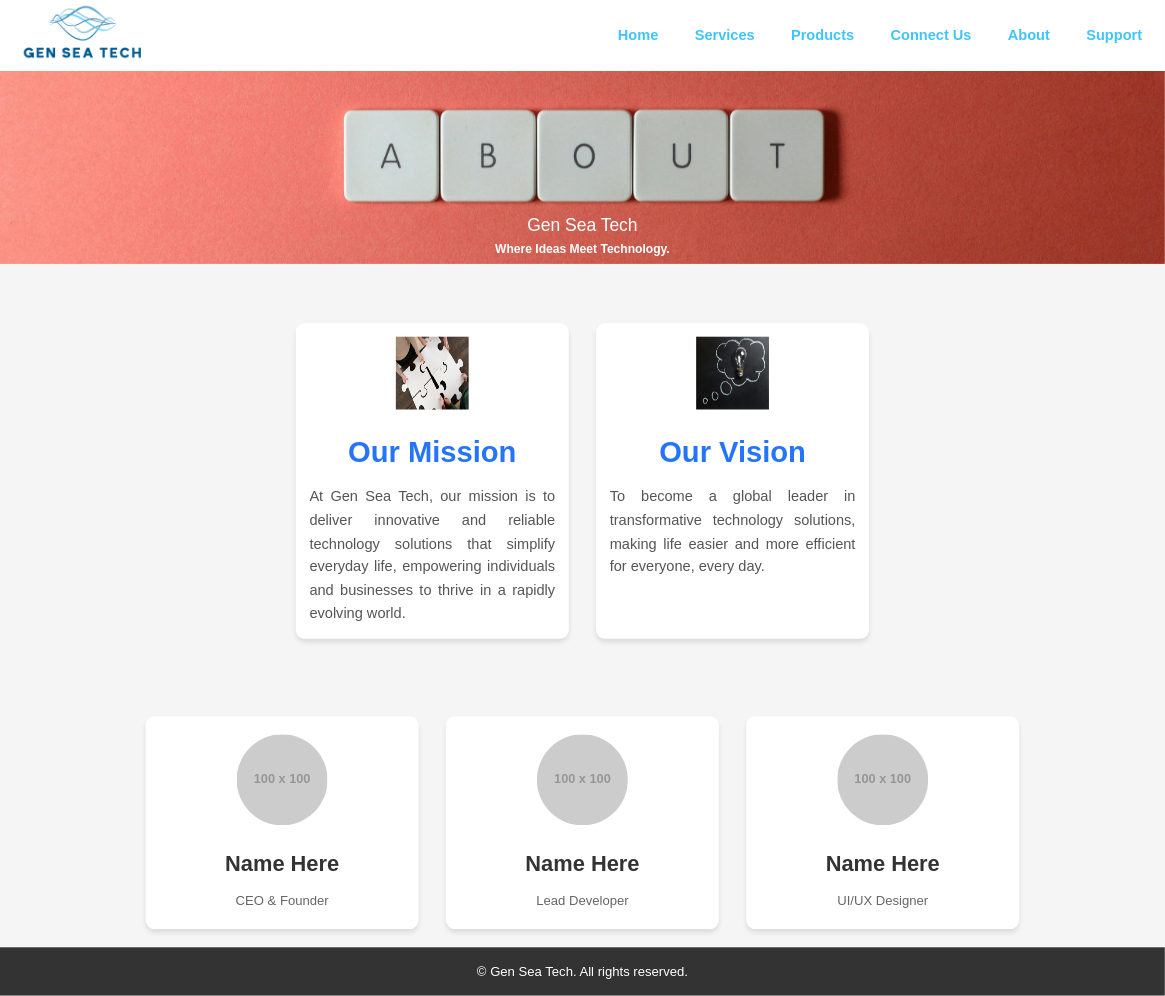
Repository: aniketkhatawkar/Gen_Sea_Tech
Page: http://localhost/GenSeaTech/about.jsp
The author's editor kept a copy of each file at every save. The page is drawn from the files as they stood at one save, then again after the next save.
The browser window is 1280 px wide. The pictures show the whole page, at 91% of full size.
The page is served by Tomcat 10.

Above is the page before, as saved 2024-12-14 12:14:41.

After the next save:
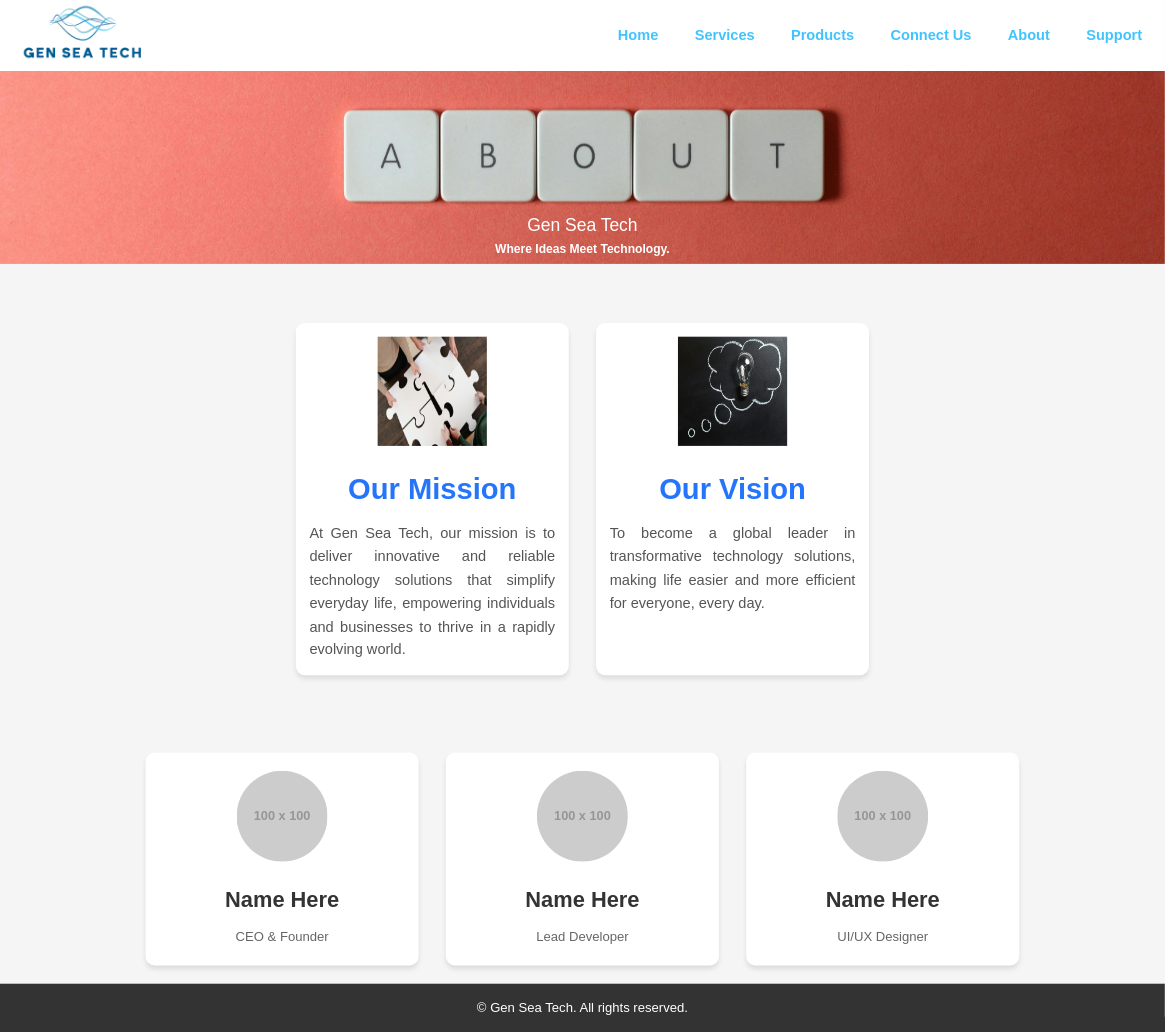
Saved 9 min 21 s later.
--- a/GenSeaTech/src/main/webapp/about.jsp
+++ b/GenSeaTech/src/main/webapp/about.jsp
@@ -58,8 +58,8 @@
     }
 
     .mission-vision-card img {
-        width: 80px;
-        height: 80px;
+        width: 120px;
+        height: 120px;
         margin-bottom: 15px;
     }
 
